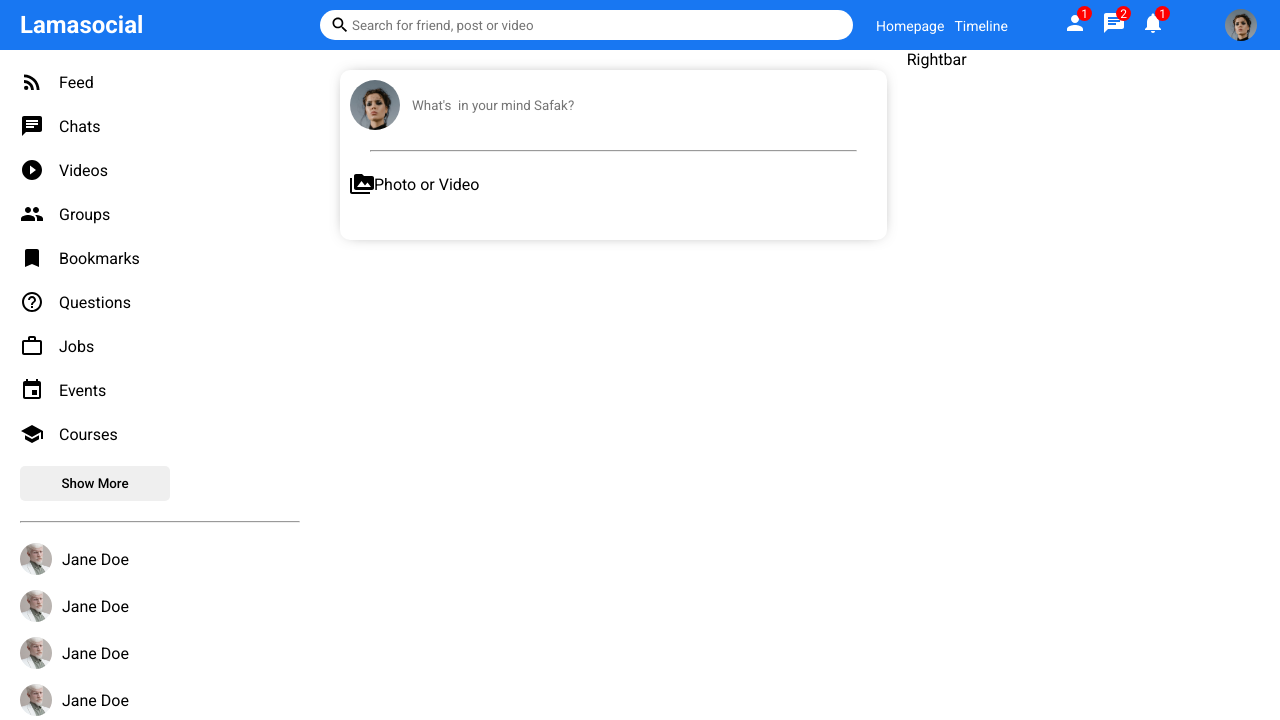
Repository: nazlinres01/react-social
Page: / (app in client/)
The author's editor kept a copy of each file at every save. The page is drawn from the files as they stood at one save, then again after the next save.
The browser window is 1280 px wide. The pictures show the whole page.
The project was rebuilt for these pictures with package versions that can differ from the ones it lists, and the page was loaded fresh each time.

Above is the page before, as saved 2024-06-12 14:26:56.

After the next save:
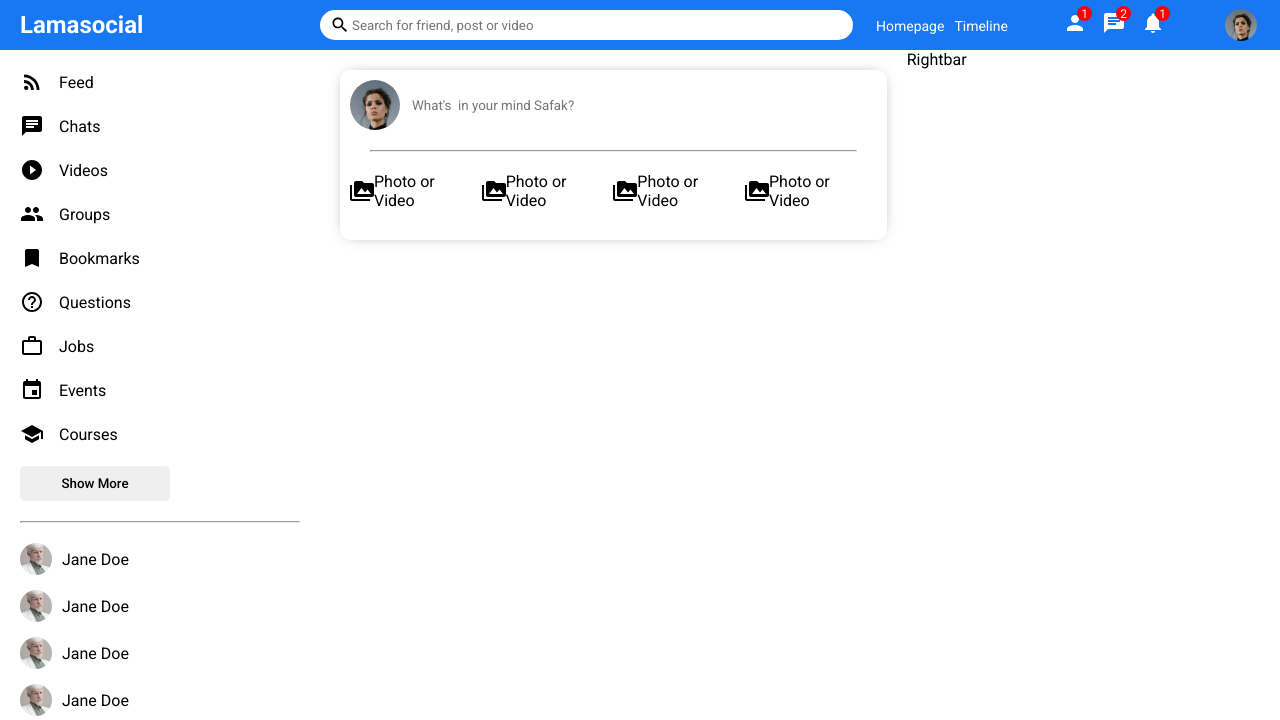
Saved 25 s later.
--- a/client/src/components/share/Share.jsx
+++ b/client/src/components/share/Share.jsx
@@ -16,6 +16,18 @@ export default function Share() {
                             <PermMedia className="shareIcon" />
                             <span className="shareOptionText">Photo or Video</span>
                         </div>
+                        <div className="shareOption">
+                            <PermMedia className="shareIcon" />
+                            <span className="shareOptionText">Photo or Video</span>
+                        </div>
+                        <div className="shareOption">
+                            <PermMedia className="shareIcon" />
+                            <span className="shareOptionText">Photo or Video</span>
+                        </div>
+                        <div className="shareOption">
+                            <PermMedia className="shareIcon" />
+                            <span className="shareOptionText">Photo or Video</span>
+                        </div>
                     </div>
                 </div>
             </div>
